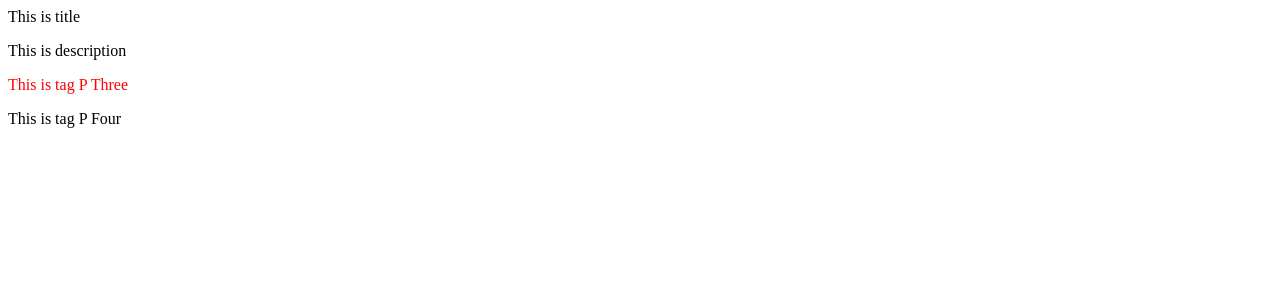
Repository: VDHBK/Learn-JS
Page: JS-Huy/DOM/Selector_ClassName.html
An editor plug-in stored every save of this project. The page is shown before and after the next save, followed by the edit.
The browser window is 1280 px wide. The pictures show the whole page.

Above is the page before, as saved 2020-10-16 09:18:36.
Console error: TypeError: Cannot read properties of undefined (reading 'style')

### JS-Huy/DOM/Selector_ClassName.html
<!-- DOM Selecter 2 -->
<html>
	<head>
	</head>
	<body>
            <p id="title">This is title </p>
            <p class="description">This is description </p>
            <p class="description">This is tag P Three </p>
            <p class="description">This is tag P Four </p>

        <script>
            let listObject = document.getElementsByClassName("description");
            listObject[1].style.color="red";
            let object = document.getElementById("title");
            console.log(object);
            object[0].style.color="yellow";
        </script>
	</body>
</html>

After the next save:
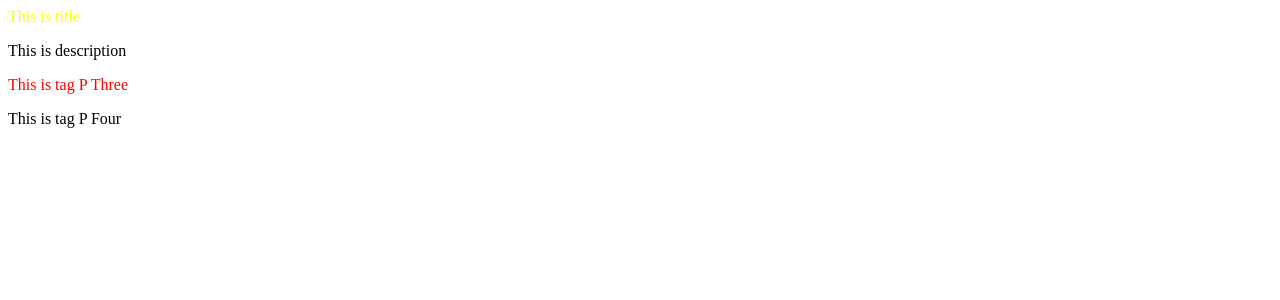
The error is gone.
Saved 2 min 17 s later.
--- a/JS-Huy/DOM/Selector_ClassName.html
+++ b/JS-Huy/DOM/Selector_ClassName.html
@@ -13,7 +13,7 @@
             listObject[1].style.color="red";
             let object = document.getElementById("title");
             console.log(object);
-            object[0].style.color="yellow";
+            object.style.color="yellow";
         </script>
 	</body>
 </html>
